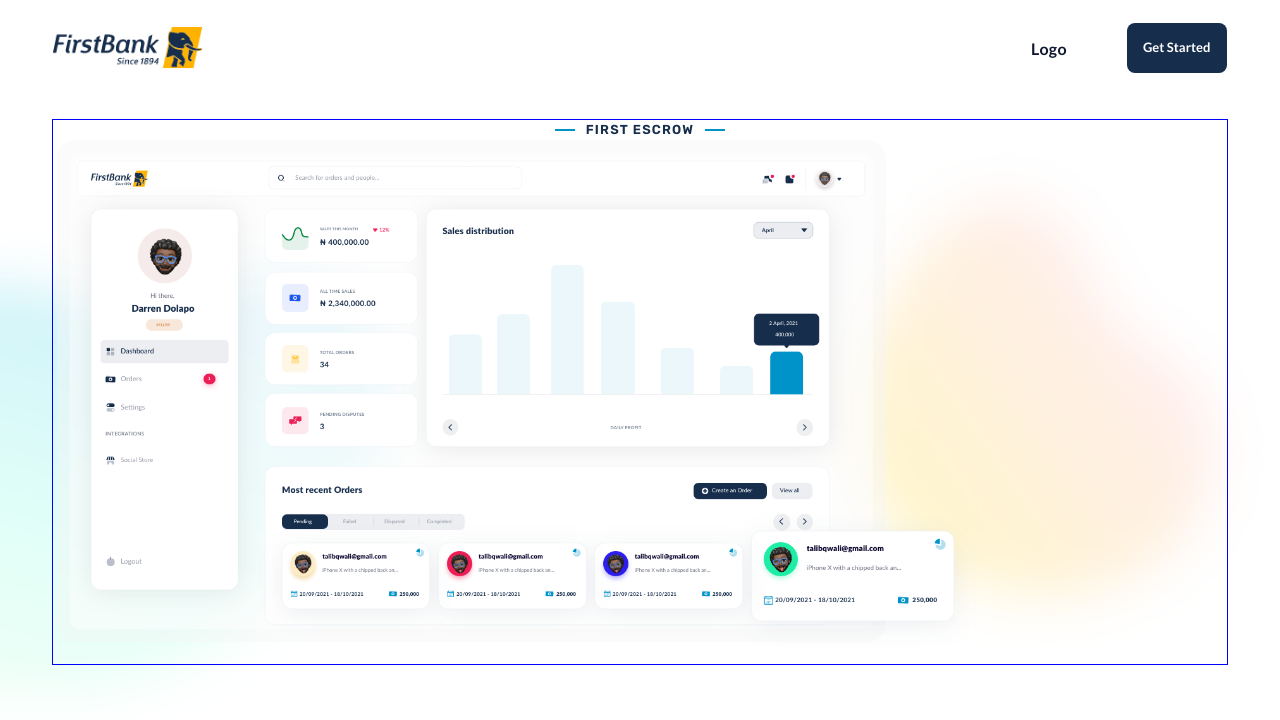
Repository: Pepperest-dev/First_Escrow_Home
Page: index.html
The author's editor kept a copy of each file at every save. The page is drawn from the files as they stood at one save, then again after the next save.
The browser window is 1280 px wide. The pictures show the whole page.

Above is the page before, as saved 2021-09-25 20:54:06.

### index.html
<!DOCTYPE html>
<html lang="en">
  <head>
    <meta charset="UTF-8" />
    <meta http-equiv="X-UA-Compatible" content="IE=edge" />
    <meta name="viewport" content="width=device-width, initial-scale=1.0" />
    <link rel="stylesheet" href="styles/styles.css" />
    <link rel="stylesheet" href="styles/mobileScreenStyles.css" />
    <link
      href="https://unpkg.com/tailwindcss@^2/dist/tailwind.min.css"
      rel="stylesheet"
    />
    <link
      rel="stylesheet"
      href="https://cdnjs.cloudflare.com/ajax/libs/font-awesome/4.7.0/css/font-awesome.min.css"
    />
    <link rel="preconnect" href="https://fonts.googleapis.com" />
    <link rel="preconnect" href="https://fonts.gstatic.com" crossorigin />
    <link
      href="https://fonts.googleapis.com/css2?family=Lato:wght@100;300;400;700&family=Rubik:wght@400;500;600;700&display=swap"
      rel="stylesheet"
    />
    <title>First Escrow</title>
  </head>
  <body>
    <!-- Create a container wrapper to  -->
    <div class="container w-screen">
      <!-- create a container to keep everything contained in a certain width -->
      <!-- create the Navbar -->
      <!-- Do the font setup from google fonts -->
      <!-- make the navbar responsive -->
      <!-- create the hero section -->
      <!-- work on the what can we do or you ssection -->
      <!-- Work on how does first escrow  works-->
      <!-- work on refund is guranteed  section  -->
      <!-- how it works in simple steps section -->
      <!-- work on the footer section -->
      <header class="banner h-12/12 overflow-hidden">
        <nav
          class="
            h-24
            flex
            justify-between
            items-center
            md:w-11/12 md:p-0
            px-7
            mx-auto
            mb-6
          "
        >
          <a href="/">
            <img
              src="/assets/imgs/firstBank_logo.png"
              alt="First Bank Logo"
              class="BrandLogo cursor-pointer"
            />
          </a>

          <ul class="md:flex hidden w-2/12 h-full justify-between items-center">
            <li class="loginLink"><a href="#">Logo</a></li>
            <li>
              <button class="getStartedBtn hover:drop-shadow-xl">
                Get Started
              </button>
            </li>
          </ul>

          <div id="hambugger" class="hambugger cursor-pointer md:hidden">
            <i id="menuToggler" class="fa fa-2x fa-bars"></i>
          </div>
        </nav>

        <main class="md:w-11/12 outline md:p-0 px-7 mx-auto">
          <article>
            <p
              class="
                text-center
                mx-auto
                flex
                justify-around
                items-center
                firstEscrow
              "
            >
              First Escrow
            </p>
          </article>
          <img
            src="/assets/imgs/dashboardMockup.png"
            class="dashboardImg"
            alt="dashboard mockup"
          />
        </main>
        <!-- <h1>First Escrows</h1> -->
      </header>
    </div>
    <script src="js/app.js"></script>
  </body>
</html>

### Styles/styles.css
* {
  margin: 0;
  padding: 0;
  border: 0;
  font-size: 16px;
  text-decoration: none;
  font: inherit;
  vertical-align: baseline;
  box-sizing: border-box;
}

/* Colors varable declaration */
:root {
  --whiteBgColor: #ffffff;
  --BtnBgColor: #162d4c;
  --lightBlueColor: #0093c9;
  --yellowPrimaryColor: #ffb300;
  --boxesTextColor: #707070;
  --darkBlueTextColor: #101933;
  --bannerTextColor: #707585;
  --lightGreenColor: #28a745;
  --inputFieldBorderColor: #d8dade;
  --footerBackgroundColor: #f6f6f7;
  --footerTextColor: #040c22;
  --latoFontFamily: "Lato", sans-serif;
  --rubikFontFamily: "Rubik", sans-serif;
}

.banner {
  background-image: url(../assets/imgs/overlayBackground.png);
  height: 100vh;
  width: 100vw;
  background-position: center;
  background-repeat: no-repeat;
  background-size: cover;
}
.dashboardImg {
  width: 80%;
  height: auto;
  /* margin: 3rem auto; */
}

.container {
  background-color: var(--whiteBgColor);
}

.BrandLogo {
  width: 150px;
  object-fit: contain;
  height: 45px;
}

.outline {
  outline: 1px solid blue;
}

.loginLink {
  font: normal normal 600 16px/19px Lato;
  letter-spacing: 0.32px;
  font-family: var(--latoFontFamily);
  font-style: normal;
  font-weight: 600;
  color: var(--darkBlueTextColor);
}

.loginLink:hover {
  opacity: 0.8;
  transition: all ease-in-out 350ms;
}

.getStartedBtn {
  border-radius: 8px;
  background-color: var(--BtnBgColor);
  width: 100px;
  height: 50px;
  color: var(--whiteBgColor);
  font-family: var(--latoFontFamily);
  text-align: center;
  font-size: 13px;
  font-weight: 600;
}

.getStartedBtn:hover {
  opacity: 0.8;
  transition: all ease-in-out 350ms;
}

.firstEscrow {
  letter-spacing: 1.2px;
  color: var(--BtnBgColor);
  text-transform: uppercase;
  font-family: var(--rubikFontFamily);
  font-size: 13px;
  font-weight: 600;
  width: 180px;
}

.firstEscrow::before {
  content: "";
  display: flex;
  width: 20px;
  border: 1px solid var(--lightBlueColor);
  background-color: var(--lightBlueColor);
}
.firstEscrow::after {
  content: "";
  display: flex;
  width: 20px;
  background-color: var(--lightBlueColor);
  border: 1px solid var(--lightBlueColor);
}

### Styles/mobileScreenStyles.css
@media screen and (max-width: 600px) {
  .banner {
    background-size: contain;
  }
  .dashboard {
    width: 100%;
    height: auto;
    /* margin: 3rem auto; */
  }

  .BrandLogo {
    width: 100px;
  }

  .toggle{
    transition: opacity ease-in-out;
  }
}

### Js/app.js
const hambugger = document.querySelector("#hambugger");
console.log(hambugger);

const menu = document.querySelector("#menuToggler");

hambugger.addEventListener("click", () => {
  if (menu.classList.contains("fa-bars")) {
    menu.classList.remove("fa-bars");
    menu.classList.add("fa-times");
  } else if (menu.classList.contains("fa-times")) {
    menu.classList.remove("fa-times");
    menu.classList.add("fa-bars");
  }
  hambugger.classList.toggle("toggle");
});

After the next save:
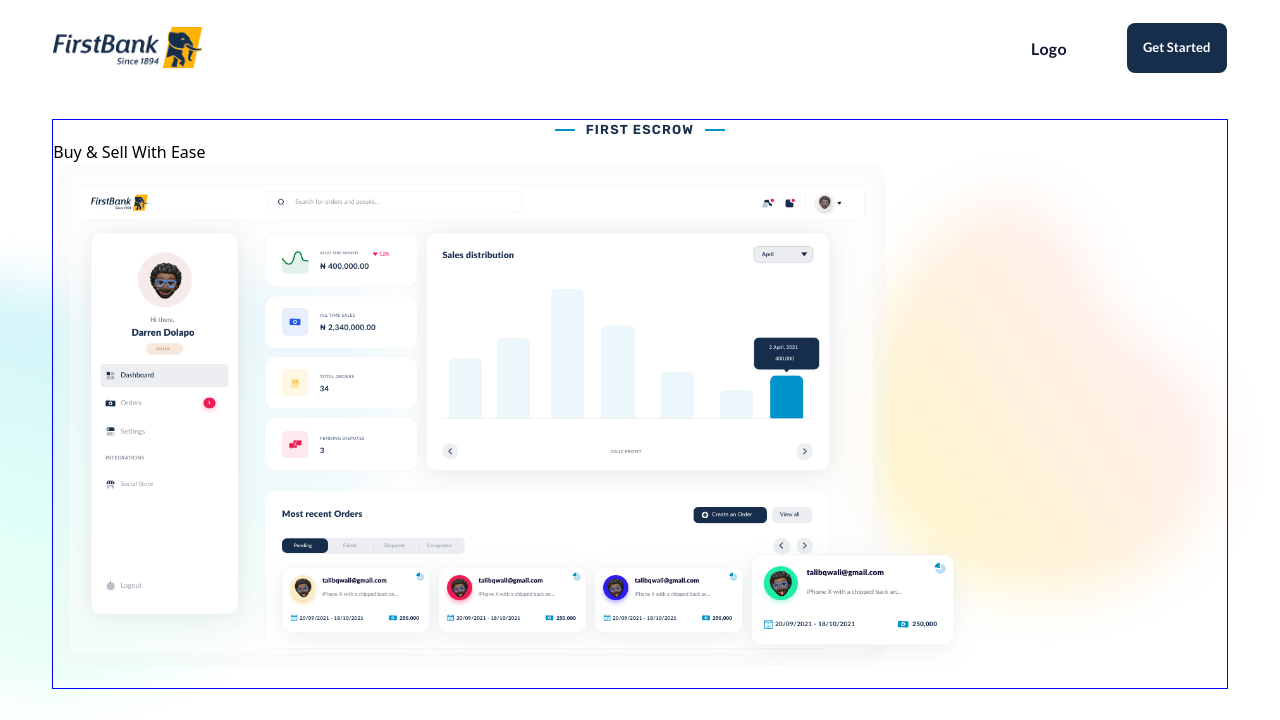
Saved 46 s later.
--- a/index.html
+++ b/index.html
@@ -84,6 +84,7 @@
             >
               First Escrow
             </p>
+            <h1>Buy & Sell With <span>Ease</span></h1>
           </article>
           <img
             src="/assets/imgs/dashboardMockup.png"
